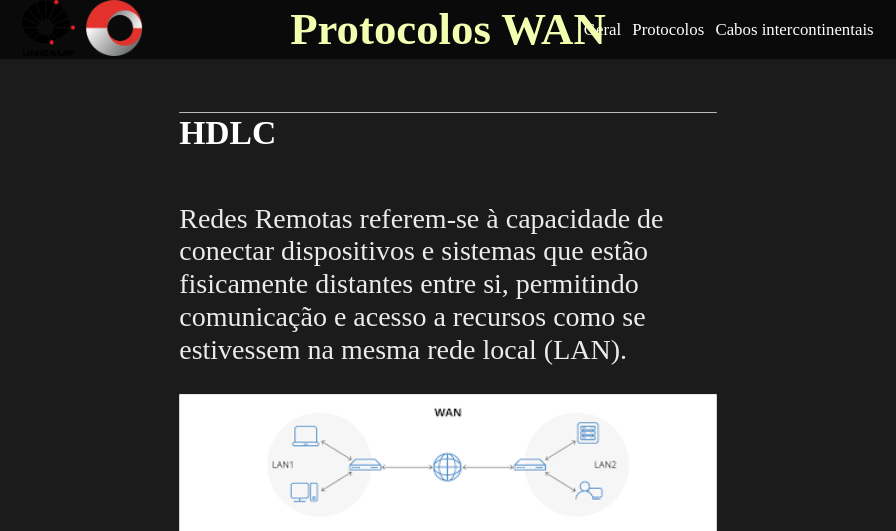
Repository: rafafbd/Site-sobre-redes-remotas
Page: Code/protocolos.html
These files come from the project's save history. The page is drawn as it stood at one moment and after the next save; the edit follows.
The browser window is 1280 px wide. The pictures show the part of the page from y = 0 to 1920 px (the page is 759 px tall before and 5904 px after), at 70% of full size.

Above is the page before, as saved 2025-05-27 08:04:39.

After the next save:
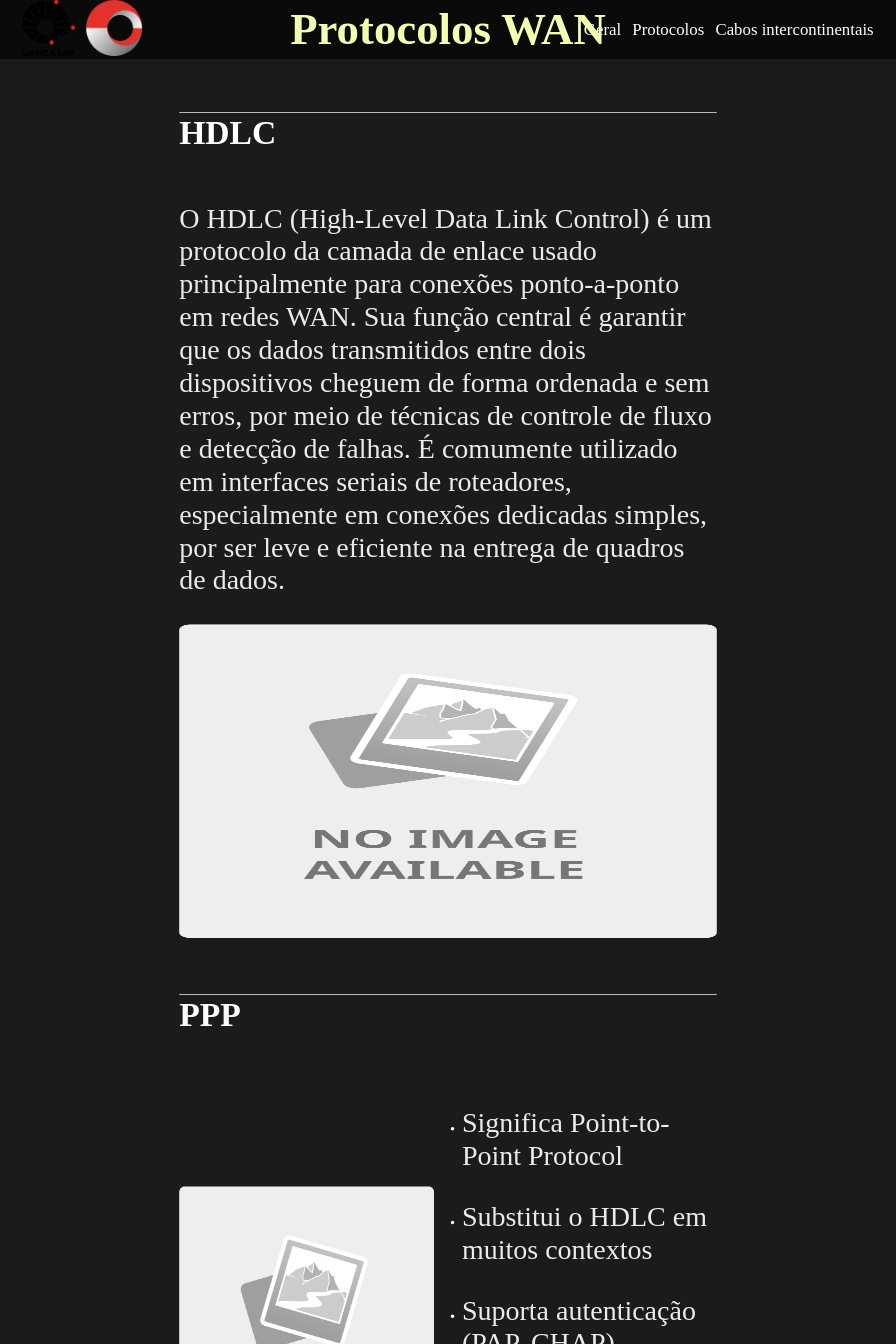
Saved 5 min 33 s later.
--- a/Code/protocolos.html
+++ b/Code/protocolos.html
@@ -27,12 +27,110 @@
             <h1 class="subtitulo">HDLC</h1>
         </div>
         <div class="centro">
-            <p class="full-content texto">Redes Remotas referem-se à capacidade de conectar dispositivos e sistemas que
-                estão fisicamente distantes entre si, permitindo comunicação e acesso a recursos como se estivessem na
-                mesma rede local (LAN).</p>
-            <img src="/Assets/wan.png" alt="" class="full-content">
+            <p class="full-content texto">
+                O HDLC (High-Level Data Link Control) é um protocolo da camada de enlace usado principalmente para
+                conexões ponto-a-ponto em redes WAN. Sua função central é garantir que os dados transmitidos entre dois
+                dispositivos cheguem de forma ordenada e sem erros, por meio de técnicas de controle de fluxo e detecção
+                de falhas. É comumente utilizado em interfaces seriais de roteadores, especialmente em conexões
+                dedicadas
+                simples, por ser leve e eficiente na entrega de quadros de dados.
+            </p>
+            <img src="/Assets/placeholder.png" alt="" class="full-content imagem">
         </div>
 
+        <div class="full-content">
+            <h1 class="subtitulo">PPP</h1>
+        </div>
+        <div class="full-content flex-space padCima">
+            <img src="/Assets/placeholder.png" alt="" class="imagem">
+            <ul class="lista">
+                <li>
+                    <p class="texto">Significa Point-to-Point Protocol</p>
+                </li>
+                <li>
+                    <p class="texto">Substitui o HDLC em muitos contextos</p>
+                </li>
+                <li>
+                    <p class="texto">Suporta autenticação (PAP, CHAP)</p>
+                </li>
+                <li>
+                    <p class="texto">Encapsula múltiplos protocolos de rede</p>
+                </li>
+                <li>
+                    <p class="texto">Usado em conexões como DSL, VPNs e links dedicados</p>
+                </li>
+            </ul>
+        </div>
+
+
+        <div class="full-content">
+            <h1 class="subtitulo">TCP/IP</h1>
+        </div>
+        <div class="full-content flex-space padCima">
+            <img src="/Assets/placeholder.png" alt="" class="imagem">
+            <ul class="lista">
+                <li>
+                    <p class="texto">Conjunto de protocolos padrão da Internet</p>
+                </li>
+                <li>
+                    <p class="texto">Estrutura em camadas: aplicação, transporte, rede e enlace</p>
+                </li>
+                <li>
+                    <p class="texto">TCP garante entrega confiável de dados</p>
+                </li>
+                <li>
+                    <p class="texto">IP trata de endereçamento e roteamento</p>
+                </li>
+                <li>
+                    <p class="texto">Essencial para redes WAN e comunicação global</p>
+                </li>
+            </ul>
+        </div>
+
+
+        <div class="full-content">
+            <h1 class="subtitulo">Frame Relay e ATM</h1>
+        </div>
+        <div class="centro">
+            <p class="full-content texto">
+                Frame Relay e ATM (Asynchronous Transfer Mode) são tecnologias que organizam a comutação de dados.
+                O Frame Relay desempenhava a função de transportar pacotes de dados entre
+                locais remotos de forma econômica, utilizando enlaces virtuais em pacotes. Já o ATM foi projetado
+                para integrar voz, vídeo e dados em uma única infraestrutura, transmitindo informações em células de tamanho
+                fixo (53 bytes), o que permitia controle preciso de qualidade de serviço (QoS).
+
+
+
+
+
+            </p>
+            <img src="/Assets/placeholder.png" alt="" class="full-content imagem">
+        </div>
+
+
+        <div class="full-content">
+            <h1 class="subtitulo">MPLS (Significa Multiprotocol Label Switching)</h1>
+        </div>
+        <div class="full-content flex-space padCima">
+            <img src="/Assets/placeholder.png" alt="" class="imagem">
+            <ul class="lista">
+                <li>
+                    <p class="texto">Alternativa mais moderna para o Frame Relay e ATM</p>
+                </li>
+                <li>
+                    <p class="texto">Funciona entre as camadas de enlace e rede</p>
+                </li>
+                <li>
+                    <p class="texto">Usa rótulos (labels) para <span>roteamento eficiente</span></p>
+                </li>
+                <li>
+                    <p class="texto">Permite engenharia de tráfego e QoS avançada</p>
+                </li>
+                <li>
+                    <p class="texto">Ideal para WANs corporativas com aplicações críticas</p>
+                </li>
+            </ul>
+        </div>
 
     </main>
 </body>
